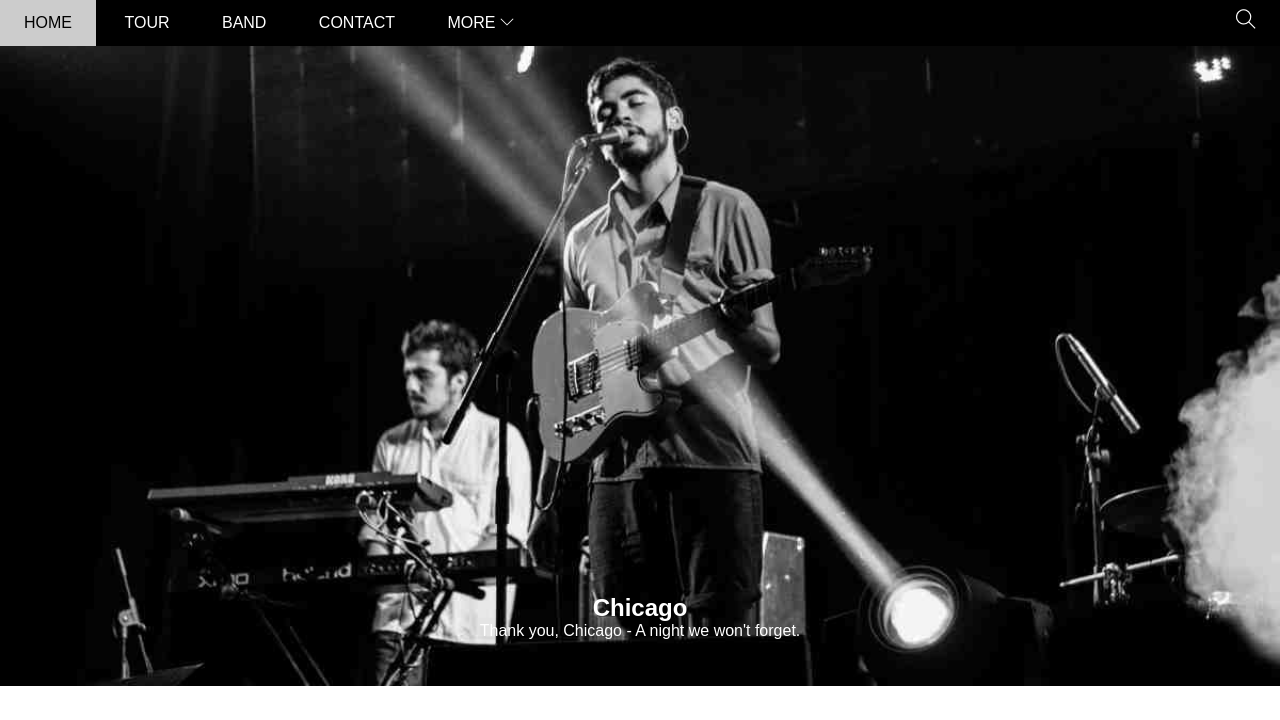
Repository: ducvui2003/LTCB
Page: index.html
These files come from the project's save history. The page is drawn as it stood at one moment and after the next save; the edit follows.
The browser window is 1280 px wide. The pictures show the whole page.

Above is the page before, as saved 2022-01-06 16:31:14.

### index.html
<!DOCTYPE html>
<html lang="en">

<head>
    <meta charset="UTF-8">
    <meta http-equiv="X-UA-Compatible" content="IE=edge">
    <meta name="viewport" content="width=device-width, initial-scale=1.0">
    <title>The Band W3_School</title>
    <link rel="stylesheet" href="./assest/Css/styles.css">
    <link rel="stylesheet" href="./assest/Fonts/themify-icons-font (1)/themify-icons/themify-icons.css">
</head>

<body>
    <div id="main">
        <!-- Begin: Header -->
        <div id="header">
            <!-- Begin: Nav -->
            <ul id="nav">
                <li>
                    <a href="">Home</a>
                </li>
                <li>
                    <a href="">Tour</a>
                </li>
                <li>
                    <a href="">Band</a>
                </li>
                <li>
                    <a href="">Contact</a>
                </li>
                <li>
                    <a href="">
                      More
                      <!-- icons -->
                      <i class="nav-arrow-down ti-angle-down"></i>
                    </a>
                    <ul class="subnav">
                        <li>
                            <a href="">Merchandise</a>
                        </li>
                        <li>
                            <a href="">Extras</a>
                        </li>
                        <li>
                            <a href="">Media</a>
                        </li>
                    </ul>
                </li>
            </ul>
            <!-- End: Nav -->
            <!-- Begin: Search button -->
            <div class="search-button">
                <i class="search-icon ti-search"></i>
            </div>
            <!-- End: Search button -->
        </div>
        <!-- End: Header -->
        <div id="slides">
            <div class="text-content">
                <h2 class="text-heading">Chicago</h2>
                <div class="text-paragraph">Thank you, Chicago - A night we won't forget.
                </div>
            </div>
        </div>

        <div id="content"></div>
        <div id="footer"></div>
    </div>
</body>

</html>

### assest/Css/styles.css
* {
    padding: 0;
    margin: 0;
    box-sizing: border-box;
}

html {
    font-family: Arial, Helvetica, sans-serif;
}

#main {}

#header {
    position: fixed;
    top: 0;
    right: 0;
    left: 0;
    /* fixed đang nổi lên nó sẽ nhường vị trí cho div slides tiếp theo */
    height: 46px;
    background-color: black;
}

#nav {
    display: inline-block;
    /* display để thẻ nav chỉ dài đúng nội dung của nó thôi */
}

#nav,
.subnav {
    list-style: none;
}

#nav>li {
    display: inline-block;
}

#nav li {
    position: relative;
}

#nav>li>a {
    color: white;
    text-transform: uppercase;
    /* chinh chu thuong thanh hoa */
}

#nav li a {
    text-decoration: none;
    line-height: 46px;
    padding: 0 24px;
    display: block;
}

#nav li:hover .subnav {
    display: block;
}

#nav>li:hover>a,
#nav .subnav li:hover a {
    background-color: #ccc;
    color: black;
}

#nav li:hover a {
    /* line-height: 46px; */
}

#nav .subnav {
    display: none;
    position: absolute;
    top: 46px;
    background-color: #fff;
    box-shadow: 0 0 10px rgba(0, 0, 0, 0.3);
}

#nav .subnav li a {
    color: black;
    padding: 0 16px;
    line-height: 38px;
    width: 160px;
}

#nav .nav-arrow-down {
    font-size: 14px;
}

#header .search-button {
    float: right;
    /* thẻ search-button là thẻ div, có tính kế thừa chiều ngang, nên khi float vào sẽ vô hiệu hoá tính kế thừa chiều ngang đó */
    line-height: 46px;
    padding: 0 24px;
}

#header .search-button:hover {
    background-color: #f44336;
    cursor: pointer;
    /* Dùng để thay đổi con trỏ chuột khi di vào */
}

#header .search-icon {
    color: white;
    font-size: 20px;
}

#slides {
    /* height: 1000px; */
    /* background-color: pink; */
    margin-top: 46px;
    padding-top: 50%;
    /* 50% chieu ngang cua chinh the do */
    background: url('/assest/Img/Slide1.jpg') top center / cover no-repeat;
    /* shorthand */
    position: relative;
}

#slides .text-content {
    position: absolute;
    bottom: 46px;
    left: 50%;
    /* Cách lề trái 50% chiều ngang */
    transform: translateX(-50%);
    /* Dùng để lùi thẻ theo trục X 50% chiều dài -> Mục đích kết hợp vs transform để căn giữa block */
    color: white;
    text-align: center;
    /* Dùng để căn giữa content, ko dùng để căn block */
    /* cách khác: Thêm width: 100% */
}

#content {}

#footer {}

Loaded but not shown: assest/Fonts/themify-icons-font (1)/themify-icons/themify-icons.css (common file)

After the next save:
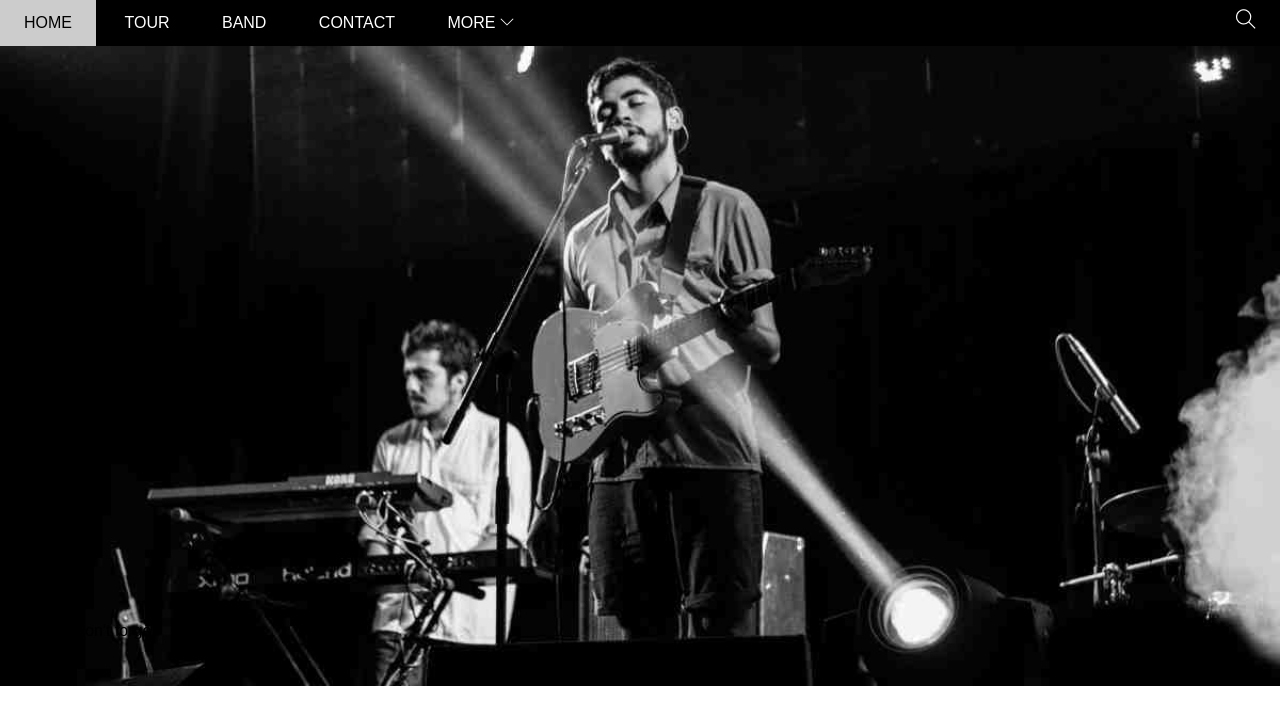
Saved 36 s later.
--- a/assest/Css/styles.css
+++ b/assest/Css/styles.css
@@ -116,14 +116,17 @@ html {
 #slides .text-content {
     position: absolute;
     bottom: 46px;
-    left: 50%;
+    /* left: 50%;
     /* Cách lề trái 50% chiều ngang */
     transform: translateX(-50%);
+    */
     /* Dùng để lùi thẻ theo trục X 50% chiều dài -> Mục đích kết hợp vs transform để căn giữa block */
     color: white;
     text-align: center;
     /* Dùng để căn giữa content, ko dùng để căn block */
     /* cách khác: Thêm width: 100% */
+    left: 0;
+    right: 0;
 }
 
 #content {}
